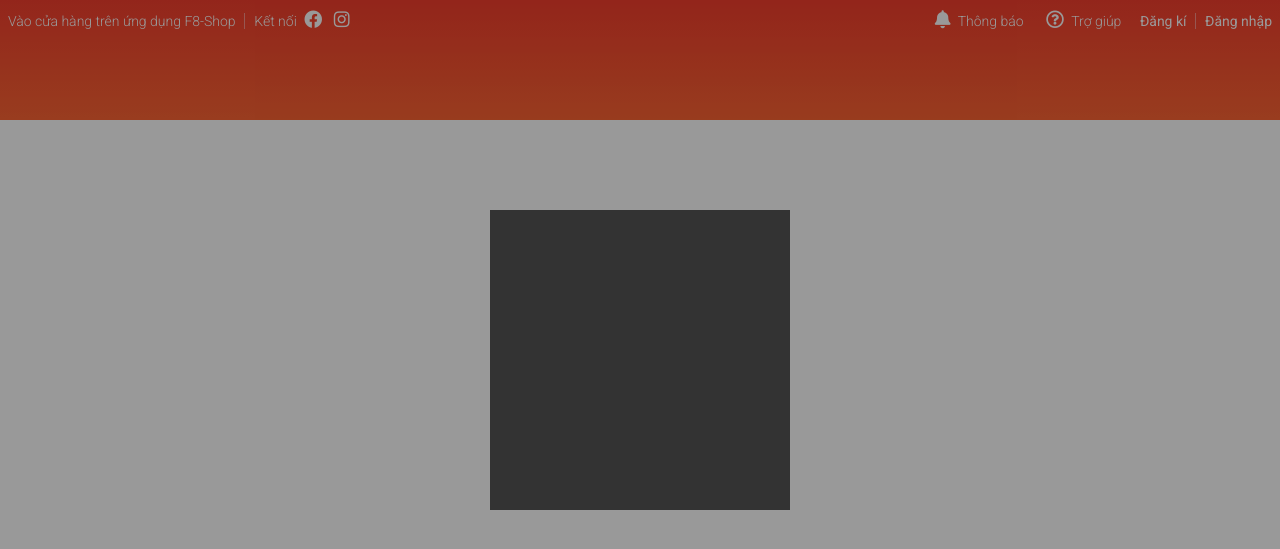
Repository: phunobi1807/shopee
Page: index.html
These files come from the project's save history. The page is drawn as it stood at one moment and after the next save; the edit follows.
The browser window is 1280 px wide. The pictures show the whole page.

Above is the page before, as saved 2021-06-13 13:41:38.

After the next save:
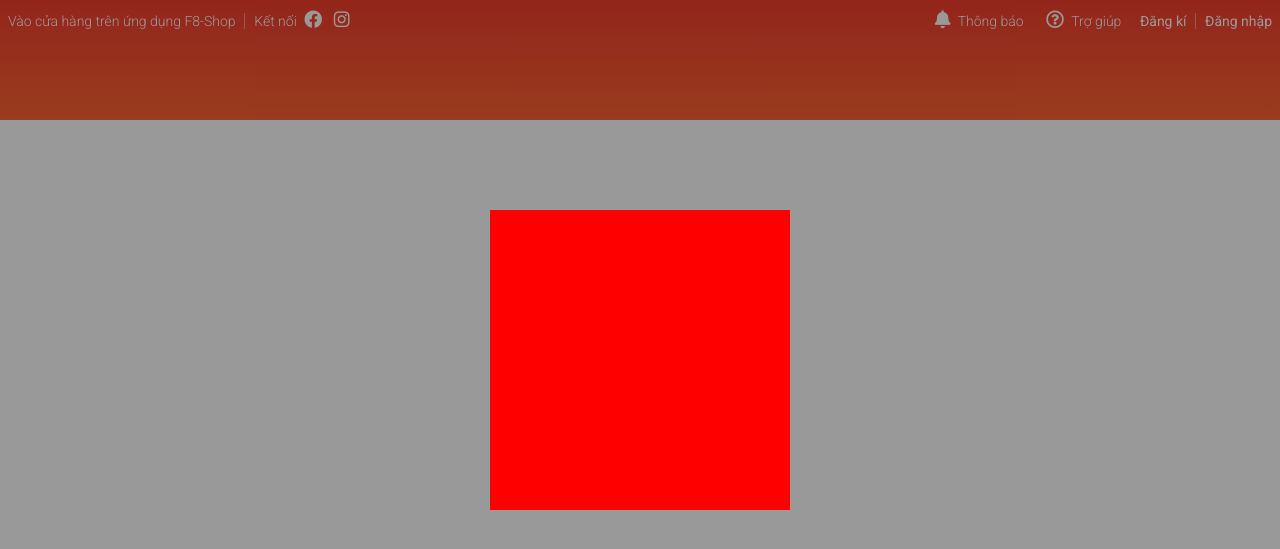
Saved 8 s later.
--- a/assets/css/base.css
+++ b/assets/css/base.css
@@ -71,7 +71,7 @@
 {
     width: 300px;
     height: 300px;
-    background-color: #333;
+    background-color: red;
     margin: auto;
     position: relative;
 }
